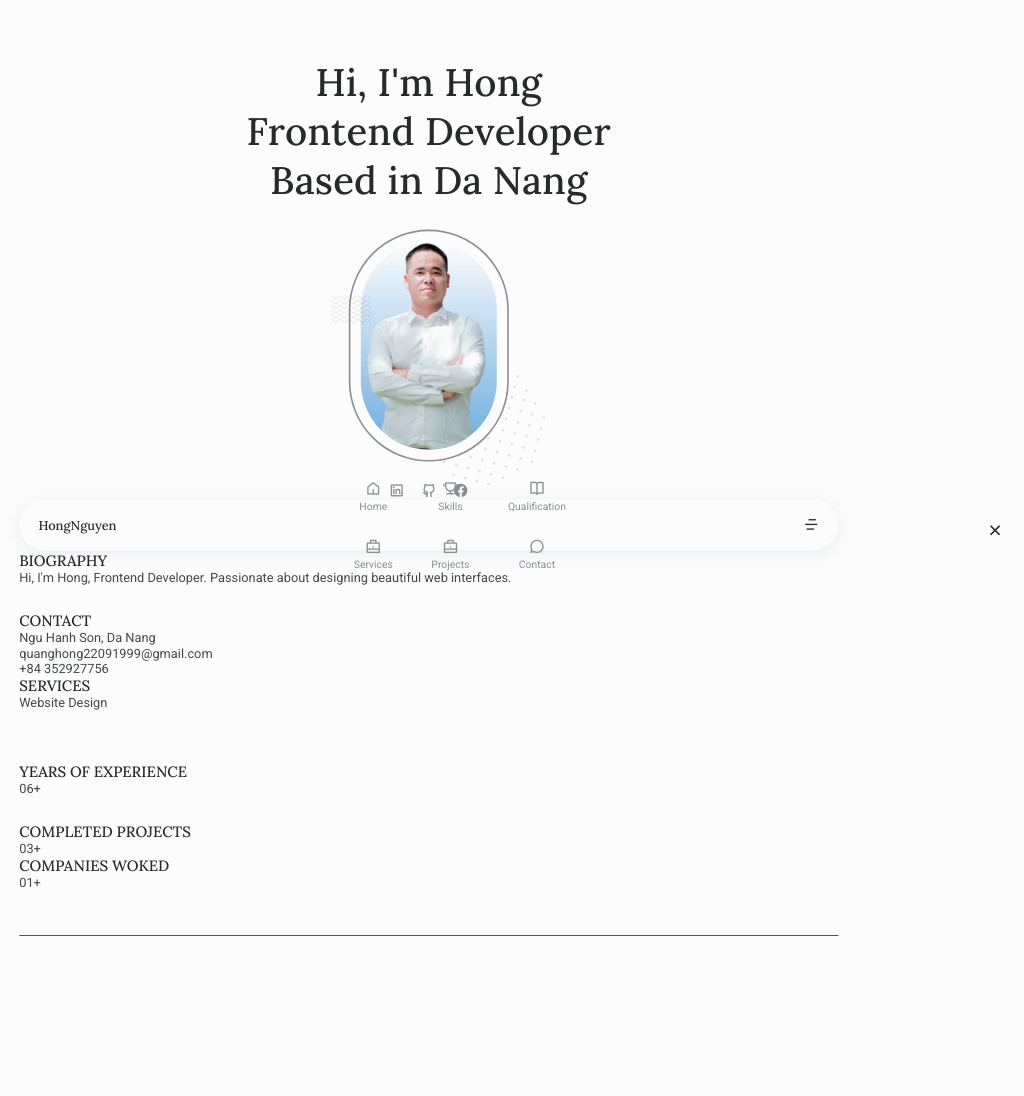
Repository: hnguyeng/myportfoliohongnguyen
Page: index.html
These files come from the project's save history. The page is drawn as it stood at one moment and after the next save; the edit follows.
The browser window is 1280 px wide. The pictures show the whole page, at 80% of full size.
Some web libraries are served in a nearby version.

Above is the page before, as saved 2023-07-17 14:11:45.

### index.html
<!DOCTYPE html>
<html lang="en">
<head>
    <meta charset="UTF-8">
    <meta name="viewport" content="width=device-width, initial-scale=1.0">
    <title>Document</title>
    <link rel="stylesheet" href="./assets/css/style.css">
    <!-- remixicon -->
    <link href="https://cdn.jsdelivr.net/npm/remixicon@3.4.0/fonts/remixicon.css" rel="stylesheet">
    <!-- google fonts -->
    <link rel="preconnect" href="https://fonts.googleapis.com">
    <link rel="preconnect" href="https://fonts.gstatic.com" crossorigin>
    <link href="https://fonts.googleapis.com/css2?family=Inter:wght@600&family=Lobster&family=Lora:wght@400;500;600&family=Permanent+Marker&family=Poppins:wght@300;400;500;600;700;800;900&family=Roboto:wght@400;500&display=swap" rel="stylesheet">
</head>
<body>
    <!-- header -->
    <header class="header" id="header">
        <nav class="nav container">
            <a href="#" class="nav__logo">
                HongNguyen
            </a>
            <div class="nav__menu" id="nav-menu">
                <ul class="nav__list grid">
                    <li class="nav__item">
                        <a href="#home" class="nav__link">
                            <i class="ri-home-5-line"></i> Home
                        </a>
                    </li>
                    <li class="nav__item">
                        <a href="#skills" class="nav__link">
                            <i class="ri-trophy-line"></i> Skills
                        </a>
                    </li>
                    <li class="nav__item">
                        <a href="#qualification" class="nav__link">
                            <i class="ri-book-open-line"></i> Qualification
                        </a>
                    </li>
                    <li class="nav__item">
                        <a href="#services" class="nav__link">
                            <i class="ri-briefcase-line"></i> Services
                        </a>
                    </li>
                    <li class="nav__item">
                        <a href="#projects" class="nav__link">
                            <i class="ri-briefcase-line"></i> Projects
                        </a>
                    </li>
                    <li class="nav__item">
                        <a href="#contact" class="nav__link">
                            <i class="ri-chat-3-line"></i> Contact
                        </a>
                    </li>

                </ul>
                <!-- close button -->
                <div class="nav__close" id="nav-close">
                    <i class="ri-close-line"></i>
                </div>
            </div>
            <div class="nav__buttons">
                <!-- Theme change button -->
                <!-- <i class="ri-moon-line change theme" id="theme-button"></i> -->
                <!-- Toggle button -->
                <div class="nav__toggle" id="nav-toggle">
                    <i class="ri-menu-4-line"></i>
                </div>
            </div>
        </nav>
    </header>
    <!-- main -->
    <main class="main">
        <!-- ==============HOME=============== -->
        <section class="home section" id="home">
            <div class="home__container container grid section__border">
                <div class="home__data grid">
                    <h1 class="home__title">
                        Hi, I'm Hong <br>
                        Frontend Developer <br>
                        Based in Da Nang <br>
                    </h1>
                    <div class="home__blob grid">
                        <div class="home__perfil">
                            <img src="./assets/imgs/perfil.png" alt="home perfil">
                        </div>
                        <img src="./assets/imgs/shape-wawes.svg" alt="" class="home__shape-wawes">
                        <img src="./assets/imgs/shape-circle.svg" alt="" class="home__shape-circle">
                    </div>
                    <ul class="home__social">
                        <a href="https://www.linkedin.com/in/hongnguyen22/" target="_blank" class="home__social-link">
                            <i class="ri-linkedin-box-line"></i>
                        </a>
                        <a href="https://github.com/hnguyeng" target="_blank" class="home__social-link">
                            <i class="ri-github-line"></i>
                        </a>
                        <a href="https://www.facebook.com/Hin229" target="_blank" class="home__social-link">
                            <i class="ri-facebook-circle-fill"></i>
                        </a>
                    </ul>
                </div>
                <!-- ==============HOME INFO 1=============== -->
                <div class="home__info">
                    <div>
                        <h3 class="home__info-title">
                            BIOGRAPHY
                        </h3>
                        <p class="home__info-description">
                            Hi, I'm Hong, Frontend Developer.
                            Passionate about designing beautiful web interfaces.
                        </p>
                    </div>

                    <div>
                        <h3 class="home__info-title">
                            CONTACT
                        </h3>
                        <p class="home__info-description">
                            Ngu Hanh Son, Da Nang <br>
                            quanghong22091999@gmail.com <br>
                            +84 352927756 <br>
                        </p>
                        <h3 class="home__info-title">
                            SERVICES
                        </h3>
                        <p class="home__info-description">
                            Website Design <br>
                        </p>
                    </div>
                </div>
                <!-- ==============HOME INFO 2=============== -->
                <div class="home__info">
                    <div>
                        <h3 class="home__info-title">
                            YEARS OF EXPERIENCE
                        </h3>
                        <p class="home__info-number">
                        06+
                        </p>
                    </div>

                    <div>
                        <h3 class="home__info-title">
                            COMPLETED PROJECTS
                        </h3>
                        <p class="home__info-number">
                            03+
                        </p>
                        <h3 class="home__info-title">
                            COMPANIES WOKED
                        </h3>
                        <p class="home__info-number">
                            01+
                        </p>
                    </div>
                </div>
            </div>
        </section>
        <!-- ================SKILLS=========== -->
        <section class="skills section" id="skills"></section>
        <!-- =============QUALIFICATION============= -->
        <section class="qualification section" id="qualification"></section>
    </main>

    <script src="./assets/js/main.js"></script>
</body>
</html>

### assets/css/style.css
/* =============VARIABLES CSS============ */
:root {
    --header-height: 3.5rem;
    /* ========= Colors ========== */
    /*Colors mode HSL(hue, saturation, lightness)*/
    --first-color: hsl(207, 65%, 65%);
    --title-color: hsl(207, 4%, 16%);
    --text-color: hsl(207, 4%, 28%);
    --text-color-light: hsl(207, 4%, 56%);
    --body-color: hsl(207, 4%, 99%);
    /* Change the first number */
    /* Blue: 207 - Purple: 250 - Pink: 356 - Teal: 174 */
    --gradient-color: linear-gradient(180deg,
                         hsla(207, 48%, 72%, 0),
                         hsla(207, 65%, 65%, 1));
    /* ========== Font and typography ========== */
    /*.5rem = 8px | 1rem = 16px ... */
    --body-font: 'Roboto', sans-serif;
    --title-font: 'Lora', serif;
    --biggest-font-size: 1.5rem;
    --h1-font-size: 1.5rem;
    --h2-font-size: 1.25rem;
    --h3-font-size: 1rem;
    --normal-font-size:.938rem;
    --small-font-size:.813rem;
    --smaller-font-size:.75rem;
    --tiny-font-size:.625rem;
    /* ==========Font weight======== */
    --font-medium: 500;
    --font-semi-bold: 600;
    /* ===========z index======== */
    --z-normal: 1;
    --z-tooltip: 10;
    --z-fixed: 100;
}
/* Reponsive typographt */
@media screen and (min-width: 1024px) {
    :root {
        --biggest-font-size: 3rem;
        --h1-font-size: 2.25rem;
        --h2-font-size: 1.rem;
        --h3-font-size: 1.25rem;
        --normal-font-size: 1rem;
        --small-font-size: .875rem;
        --smaller-font-size: .813rem;
        --tiny-font-size: .688rem;
    }
}
/* ===============BASE============= */
*{
    margin: 0;
    padding: 0;
    box-sizing: border-box;
}
html{
    scroll-behavior: smooth;
}
body{
    font-family: var(--body-font);
    font-size: var(--normal-font-size);
    background-color:var(--body-color);
    color: var(--text-color);
}
h1,h2,h3{
    color: var(--title-color);
    font-family: var(--title-font);
    font-weight: var(--font-medium);
}
ul{
    list-style: none;
}
a{
    text-decoration: none;
}
img{
    width: 100%;
    height: auto;
}
/* ===========REUSABLE CSS CLASSES============ */
.container{
    max-width: 1024px;
    margin-inline: 1.5rem;
}
.grid{
    display: grid;
    gap: 1.5rem;
}
.section{
    padding-block: 2.5rem;
}
.section__border{
    border-bottom: 1px solid var(--title-color);
    padding-bottom: 3.5rem;
}
.section__title,
.section__subtitle{
    text-align: center;
}
.section__title{
    font-size: var(--h1-font-size);
    font-weight: var(--font-semi-bold);
    margin-bottom: .25rem;
}
.section__subtitle{
    display: block;
    font-size: var(--small-font-size);
    color: var(--text-color-light);
    margin-bottom: 3rem;
}
.main{
    overflow: hidden;
}
/* ============= HEADER AND NAV ============ */
.header{
    width: 100%;
    position: fixed;
    bottom: 2rem;
    left: 0;
    z-index: var(--z-fixed);
}
.nav{
    height: calc(var(--header-height) + .5rem);
    display: flex;
    justify-content: space-between;
    align-items: center;
    background-color: var(--body-color);
    box-shadow: 0 4px 20px hsla(207, 24%, 35%, .1);
    padding-inline: 1.5rem;
    border-radius: 3rem;
}
.nav__logo,
.nav__toggle,
.nav__close{
    color: var(--title-color);
}
.nav__logo{
    font-weight: var(--font-medium);
    font-family: var(--title-font);
}
.nav__toggle{
    display: flex;
    font-size: 1.25rem;
    cursor: pointer;
}
@media screen and (max-width:1023px) {
    .nav__menu{
        position: fixed;
        width: 88%;
        right: 0;
        left: 0;
        bottom: -60%;
        margin: 0 auto;
        background-color: var(--body-color);
        box-shadow: 0 4px 20px hsla(207, 24%, 35%, .1);
        padding: 2rem 1.5rem 5rem;
        border-radius: 2rem;
        transition: bottom .3s;
    }
}
.nav__list{
    grid-template-columns: repeat(3, max-content);
    justify-content: center;
    gap: 2rem 3rem;
}
.nav__link{
    display: flex;
    flex-direction: column;
    align-items: center;
    row-gap: .25rem;
    font-size: var(--smaller-font-size);
    color: var(--text-color-light);
    transition: color .3s;
}
.nav__link:hover{
    color: var(--title-color);
}
.nav__link i{
    font-size: 1.25rem;
}
.nav__close{
    position: absolute;
    right: 1.5rem;
    bottom: .7rem;
    font-size: 1.5rem;
    cursor: pointer;
}
/* Show menu  */
.show-menu{
    bottom: 2rem;
}
/* Active link  */
/* =================HOME=============== */
.home__container{
    row-gap: 4rem;
    padding-top: 2rem;
}
.home__data{
    row-gap: 1.5rem;
}
.home__title{
    text-align: center;
    font-size: var(--biggest-font-size);
    letter-spacing: .3px;
    margin-bottom: .5rem;
}
.home__blob{
    position: relative;
    width: 200px;
    height: 290px;
    background-color: var(--body-color);
    border: 2px solid var(--text-color-light);
    justify-self: center;
    border-radius: 6.25rem;
    place-items: center;
}
.home__perfil{
    width: 170px;
    height: 260px;
    background: var(--gradient-color);
    border-radius: 5.5rem;
    overflow: hidden;
    display: flex;
    justify-content: center;
    align-items: flex-end;
}
.home__perfil img{
    height: 260px;
    object-fit: cover;
}
.home__shape-wawes,
.home__shape-circle{
    position: absolute;
    opacity: .1;
}
.home__shape-wawes{
    width: 50px;
    left: -1.5rem;
    top: 5rem;
}
.home__shape-circle{
    width: 150px;
    bottom: -2rem;
    right: -3rem;
    transform: rotate(15deg);
    z-index: -1;
}
.home__social{
    justify-self: center;
    display: flex;
    column-gap: 1.25rem;
}
.home__social-link{
    font-size: 1.25rem;
    color: var(--text-color-light);
    transition: color .3s;
}
.home__social-link:hover{
    color: var(--title-color);
}
.home__info{
    display: grid;
    row-gap: 2rem;
}

### assets/js/main.js
/*=============== SHOW MENU ===============*/
const navMenu = document.getElementById('nav-menu'),
      navToggle = document.getElementById('nav-toggle'),
      navClose = document.getElementById('nav-close')

/*===== MENU SHOW =====*/
/* Validate if constant exists */
if(navToggle){
    navToggle.addEventListener('click', () =>{
        navMenu.classList.add('show-menu')
    })
}

/*===== MENU HIDDEN =====*/
/* Validate if constant exists */
if(navClose){
    navClose.addEventListener('click', () =>{
        navMenu.classList.remove('show-menu')
    })
}
/*=============== REMOVE MENU MOBILE ===============*/
const navLink = document.querySelectorAll('.nav__link')

const linkAction = () =>{
    const navMenu = document.getElementById('nav-menu')
    // When we click on each nav__link, we remove the show-menu class
    navMenu.classList.remove('show-menu')
}
navLink.forEach(n => n.addEventListener('click', linkAction))

After the next save:
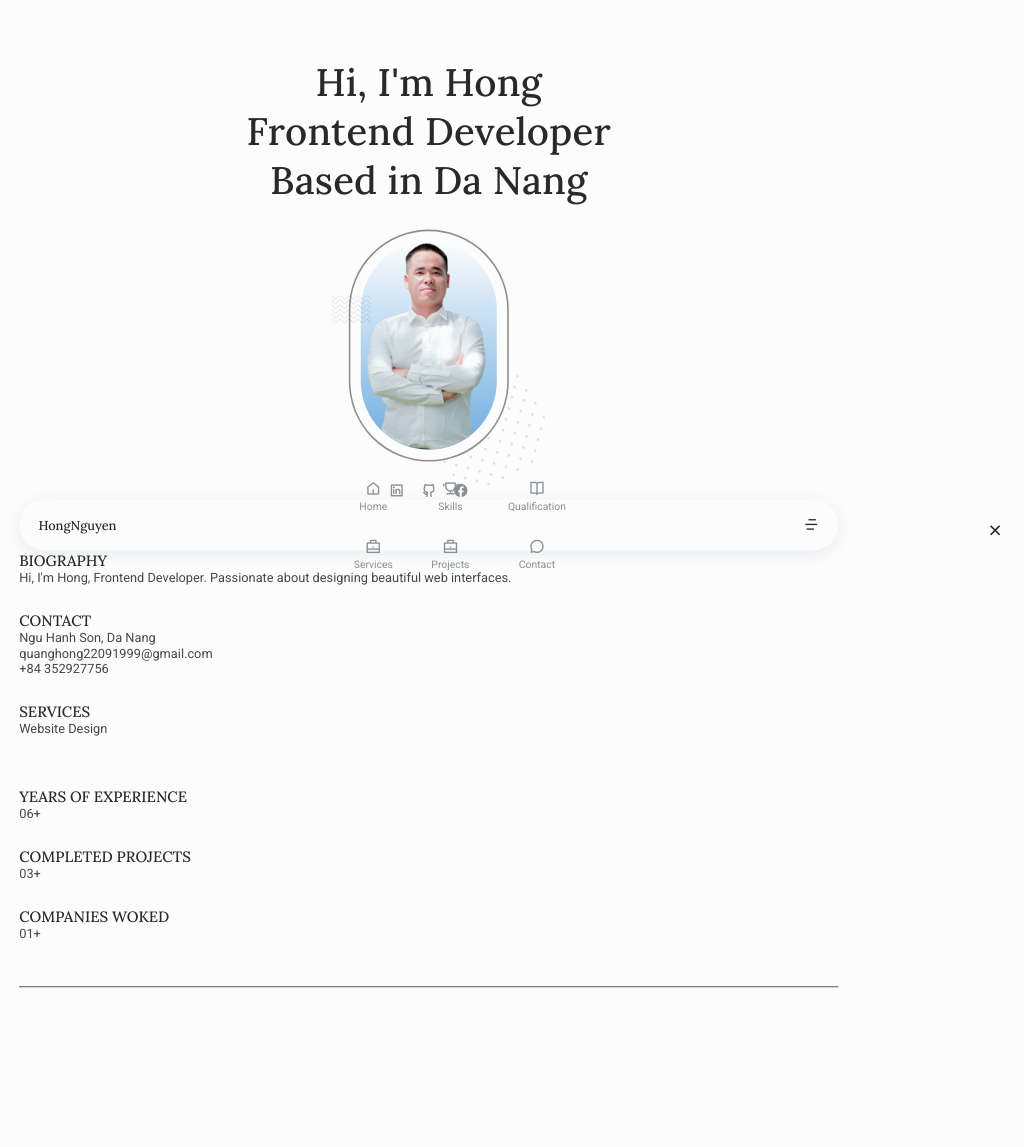
Saved 7 min 21 s later.
--- a/index.html
+++ b/index.html
@@ -109,7 +109,6 @@
                             Passionate about designing beautiful web interfaces.
                         </p>
                     </div>
-
                     <div>
                         <h3 class="home__info-title">
                             CONTACT
@@ -119,6 +118,8 @@
                             quanghong22091999@gmail.com <br>
                             +84 352927756 <br>
                         </p>
+                    </div>
+                    <div>
                         <h3 class="home__info-title">
                             SERVICES
                         </h3>
@@ -137,7 +138,6 @@
                         06+
                         </p>
                     </div>
-
                     <div>
                         <h3 class="home__info-title">
                             COMPLETED PROJECTS
@@ -145,6 +145,8 @@
                         <p class="home__info-number">
                             03+
                         </p>
+                    </div>
+                    <div>
                         <h3 class="home__info-title">
                             COMPANIES WOKED
                         </h3>
